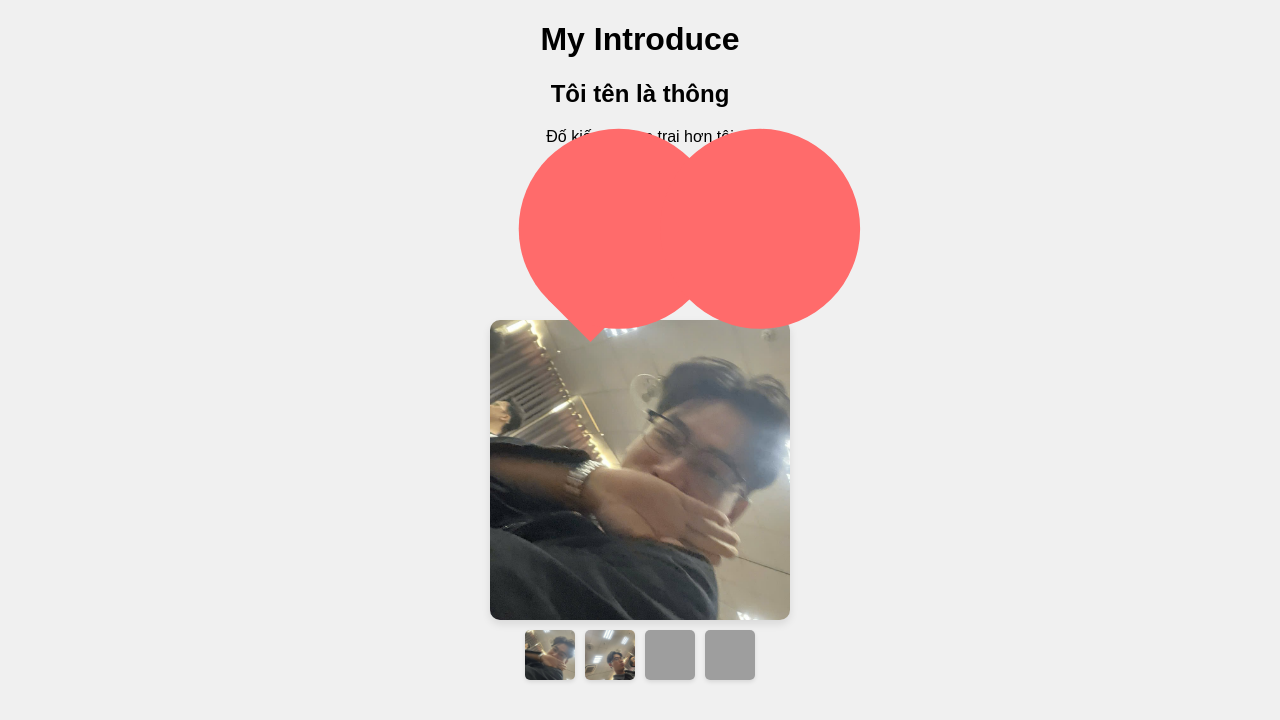
Repository: Thonghehe/profile
Page: index.html
These files come from the project's save history. The page is drawn as it stood at one moment and after the next save; the edit follows.
The browser window is 1280 px wide. The pictures show the whole page.
Pictures or frames that could not be fetched are drawn as grey boxes.

Above is the page before, as saved 2024-11-15 13:45:53.

After the next save:
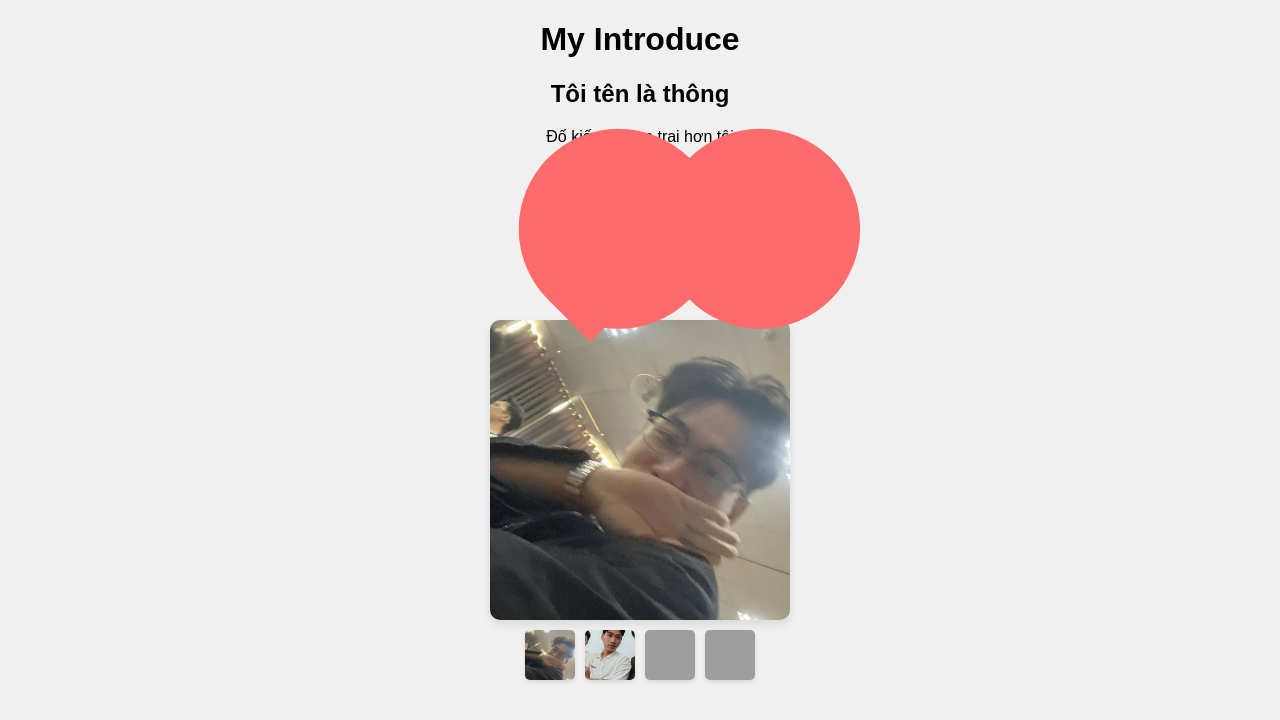
Saved 8 s later.
--- a/index.html
+++ b/index.html
@@ -22,7 +22,7 @@
         <script>
             const images = {
                 image1: './images/image1.png',
-                image2: './images/image2.png',
+                image2: './images/image.png',
                 image3: 'image3.jpg',
                 image4: 'image4.jpg'
             };
